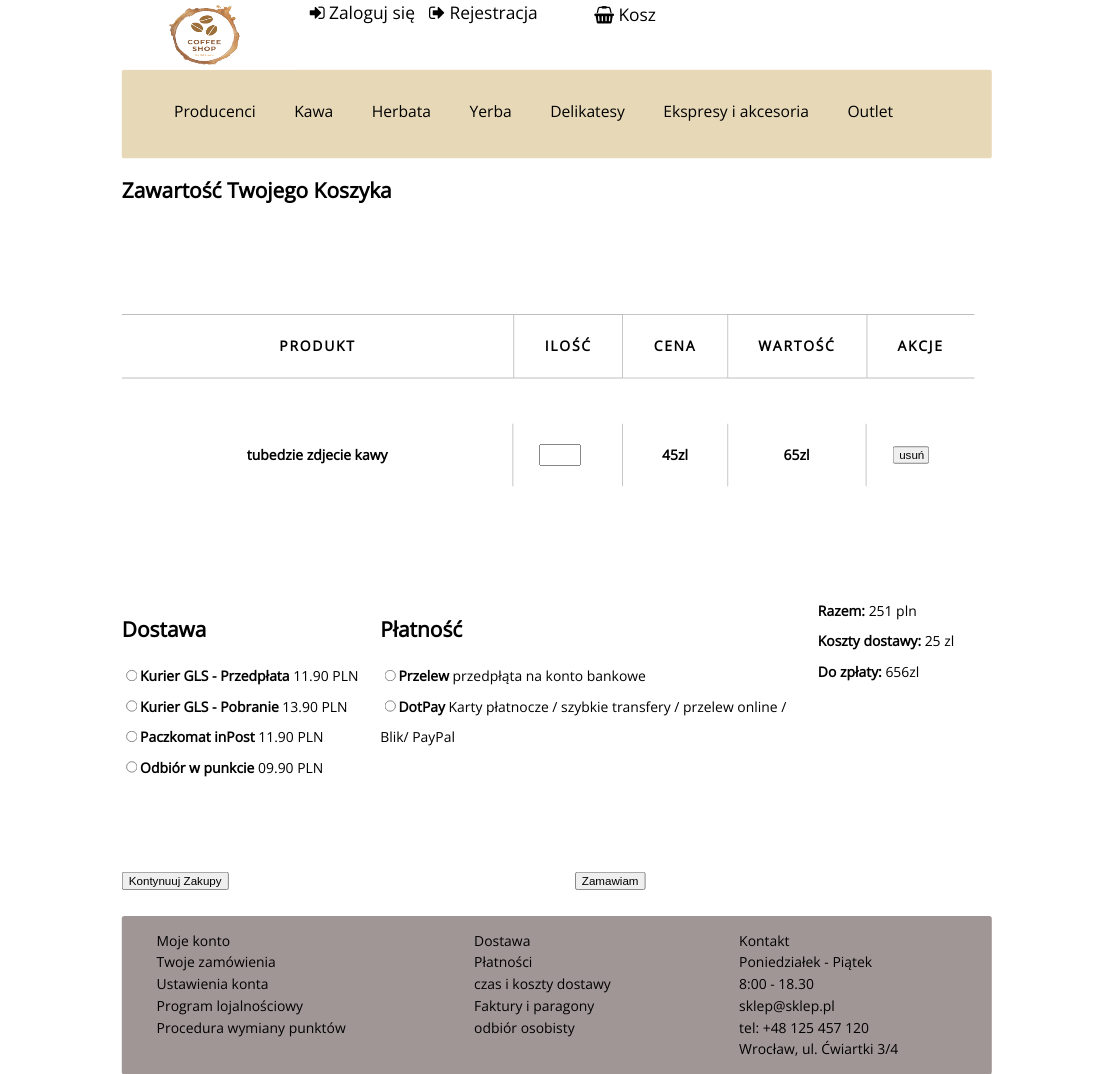
Repository: kq333/CoffeShop
Page: index2.html
These files come from the project's save history. The page is drawn as it stood at one moment and after the next save; the edit follows.
The browser window is 1280 px wide. The pictures show the whole page, at 87% of full size.
The style sheet was rebuilt from its Sass, Less or Tailwind sources for each picture, by a compiler version that may differ from the author's.

Above is the page before, as saved 2020-12-10 00:51:32.
Console error: TypeError: Cannot read properties of null (reading 'addEventListener')

After the next save:
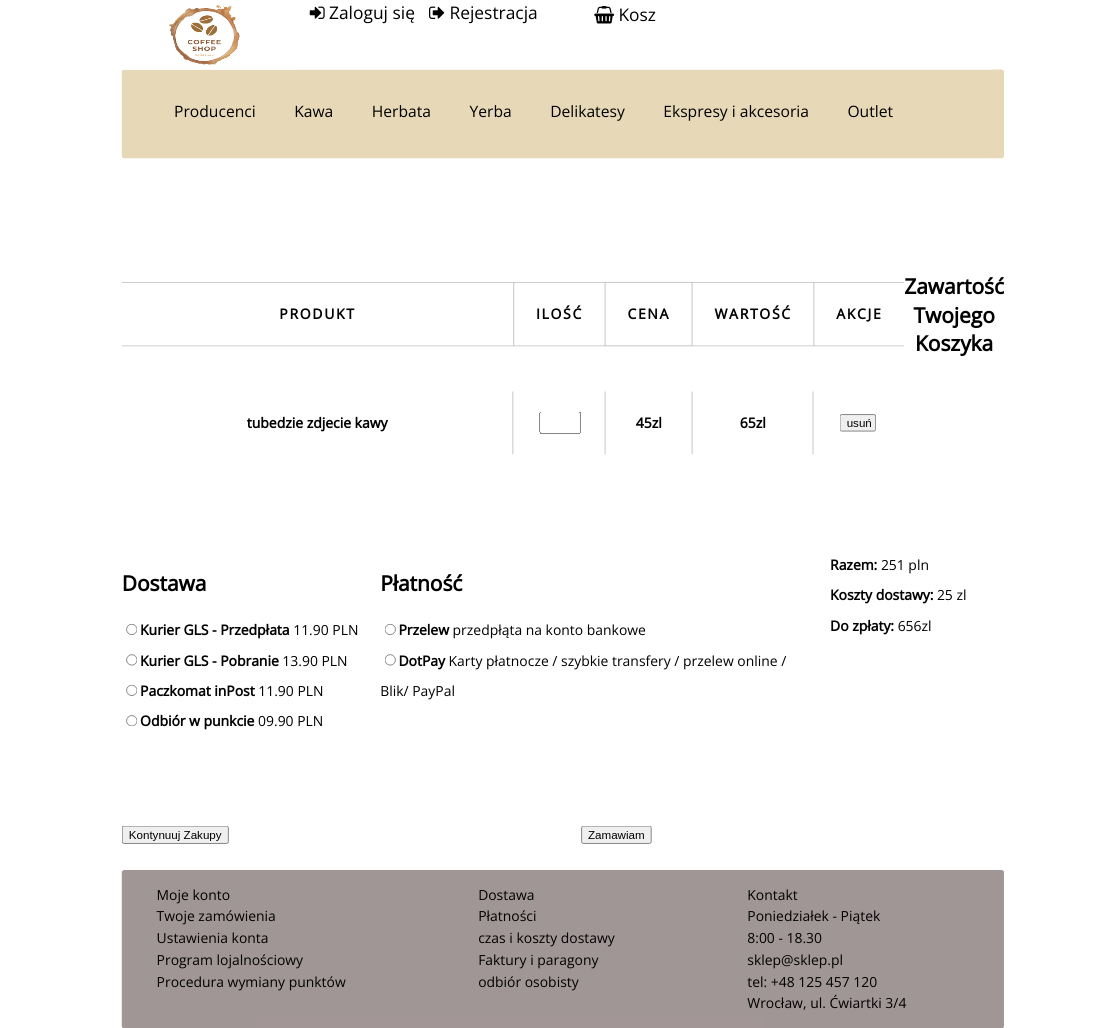
Saved 45 s later.
--- a/index2.html
+++ b/index2.html
@@ -248,8 +248,9 @@
             </nav>
             <div class="mainContent2">
 
-                <h2>Zawartość Twojego Koszyka</h2>
+
                     <div class="productBasket">
+                        <h2>Zawartość Twojego Koszyka</h2>
                         <div class="productName">Produkt</div>
                         <div class="productQuant">Ilość</div>
                         <div class="productPrice">Cena</div>

After the save that followed:
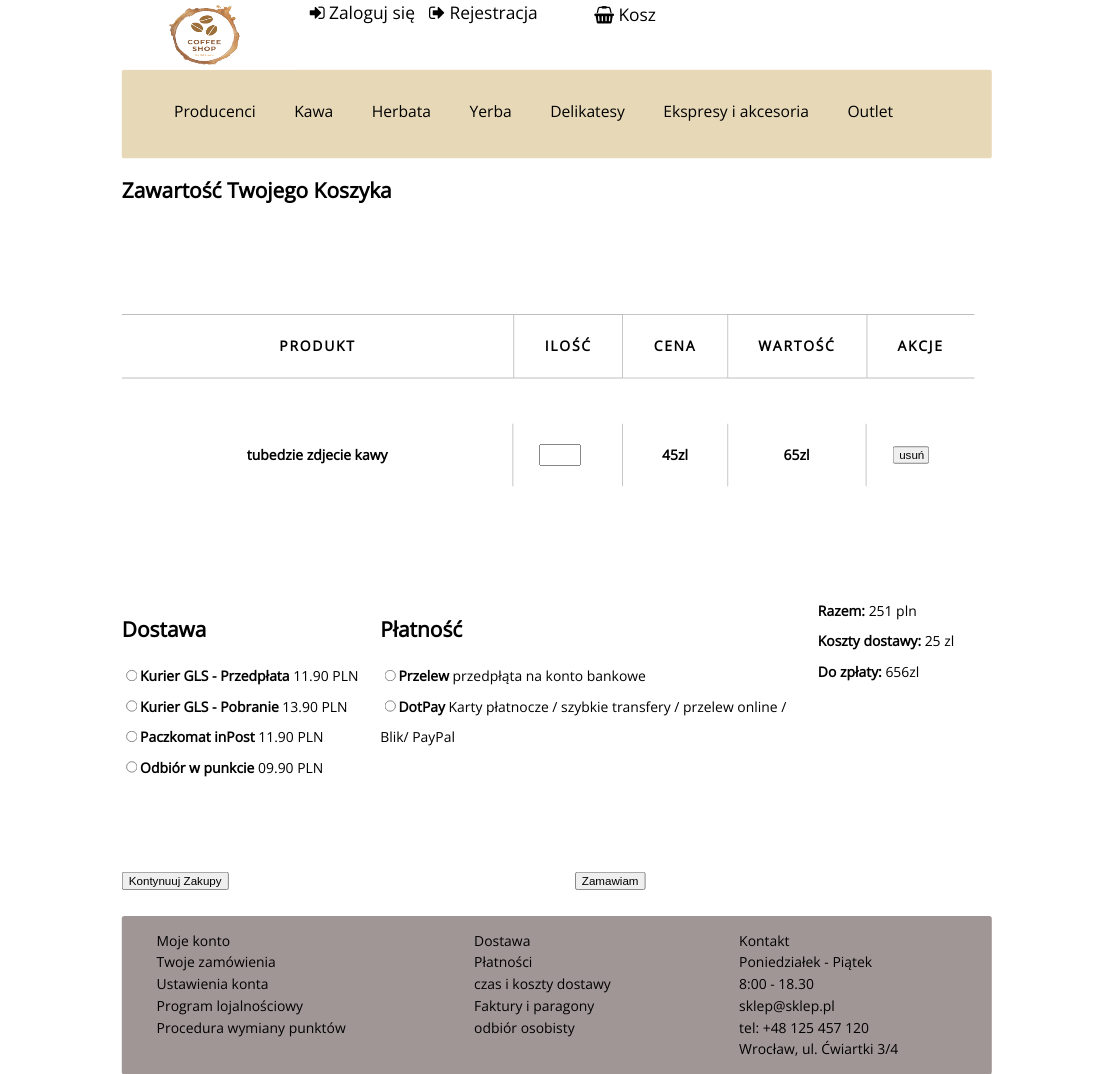
Saved 8 s later.
--- a/index2.html
+++ b/index2.html
@@ -248,9 +248,8 @@
             </nav>
             <div class="mainContent2">
 
-
+                <h2>Zawartość Twojego Koszyka</h2>
                     <div class="productBasket">
-                        <h2>Zawartość Twojego Koszyka</h2>
                         <div class="productName">Produkt</div>
                         <div class="productQuant">Ilość</div>
                         <div class="productPrice">Cena</div>
